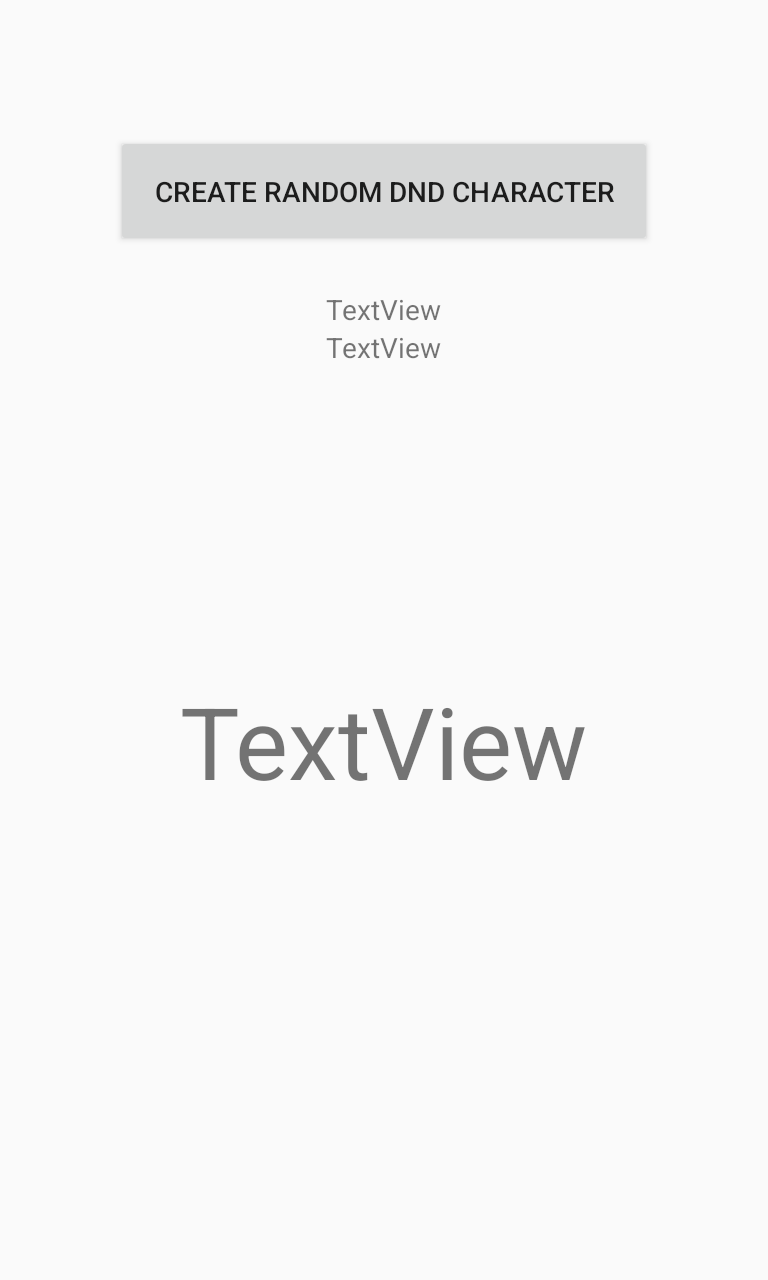
Repository: Vortelf/DnDAndroid
Layout: BuildApp/DnD/res/layout/activity_random_char.xml
These files come from the project's save history. The layout is drawn as it stood at one moment and after the next save; the edit follows.
It is drawn on a 768 x 1280 px phone screen (xhdpi) without system bars, with theme AppTheme; the app's code is not run.

Above is the layout before, as saved 2014-11-08 17:30:53.

### BuildApp/DnD/res/layout/activity_random_char.xml
<RelativeLayout xmlns:android="http://schemas.android.com/apk/res/android"
    xmlns:tools="http://schemas.android.com/tools"
    android:id="@+id/Char"
    android:layout_width="match_parent"
    android:layout_height="match_parent"
    android:paddingBottom="@dimen/activity_vertical_margin"
    android:paddingLeft="@dimen/activity_horizontal_margin"
    android:paddingRight="@dimen/activity_horizontal_margin"
    android:paddingTop="@dimen/activity_vertical_margin"
    tools:context="vortelf.dnd.RandomCharActivity" >

    <Button
        android:id="@+id/RandomButton"
        android:layout_width="wrap_content"
        android:layout_height="wrap_content"
        android:layout_alignParentTop="true"
        android:layout_centerHorizontal="true"
        android:layout_marginTop="50dp"
        android:gravity="center_horizontal"
        android:padding="20dp"
        android:text="@string/random_button" />

    <TextView
        android:id="@+id/CharName"
        android:layout_width="wrap_content"
        android:layout_height="wrap_content"
        android:layout_marginTop="20dp"
        android:layout_below="@+id/RandomButton"
        android:layout_centerHorizontal="true"
        android:text="TextView" />

    <TextView
        android:id="@+id/CharStats"
        android:layout_width="wrap_content"
        android:layout_height="wrap_content"
        android:layout_below="@+id/CharName"
        android:layout_centerHorizontal="true"
        android:text="TextView" />

   	<TextView
   	    android:id="@+id/Roller"
   	    android:layout_width="wrap_content"
   	    android:layout_height="wrap_content"
   	    android:layout_centerHorizontal="true"
   	    android:layout_below="@+id/CharStats"
   	    android:layout_marginTop="154dp"
   	    android:text="TextView"
   	    android:textSize="50sp" />

</RelativeLayout>

### BuildApp/DnD/res/values/strings.xml
<?xml version="1.0" encoding="utf-8"?>
<resources>

    <string name="app_name">DnD</string>
    <string name="action_settings">Settings</string>
	<string name="random_button">Create Random DnD Character</string>
</resources>

Loaded but not shown: BuildApp/DnD/res/values/styles.xml (common file); BuildApp/DnD/res/values-v11/styles.xml (common file); BuildApp/DnD/res/values-v14/styles.xml (common file); BuildApp/DnD/res/values/dimens.xml (common file); BuildApp/DnD/res/values-w820dp/dimens.xml (common file)

After the next save:
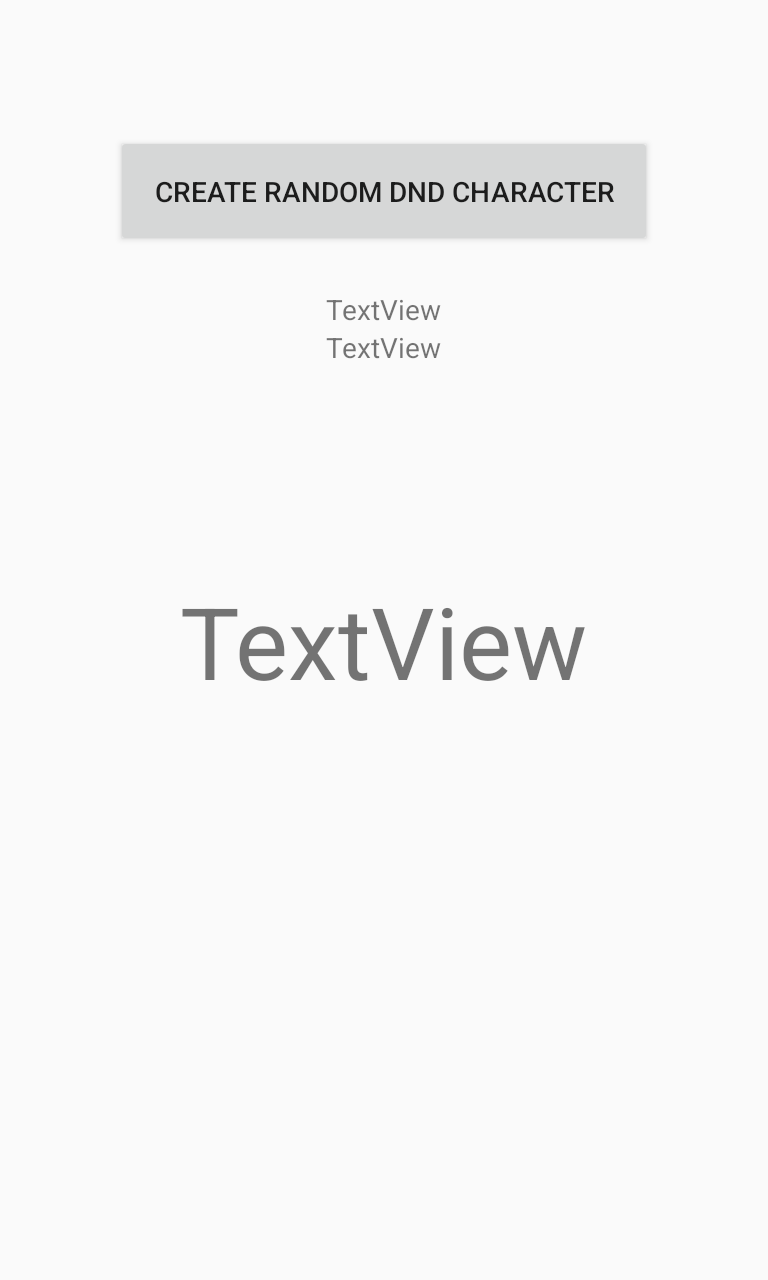
Saved 21 s later.
--- a/BuildApp/DnD/res/layout/activity_random_char.xml
+++ b/BuildApp/DnD/res/layout/activity_random_char.xml
@@ -43,7 +43,7 @@
    	    android:layout_height="wrap_content"
    	    android:layout_centerHorizontal="true"
    	    android:layout_below="@+id/CharStats"
-   	    android:layout_marginTop="154dp"
+   	    android:layout_marginTop="104dp"
    	    android:text="TextView"
    	    android:textSize="50sp" />
 
